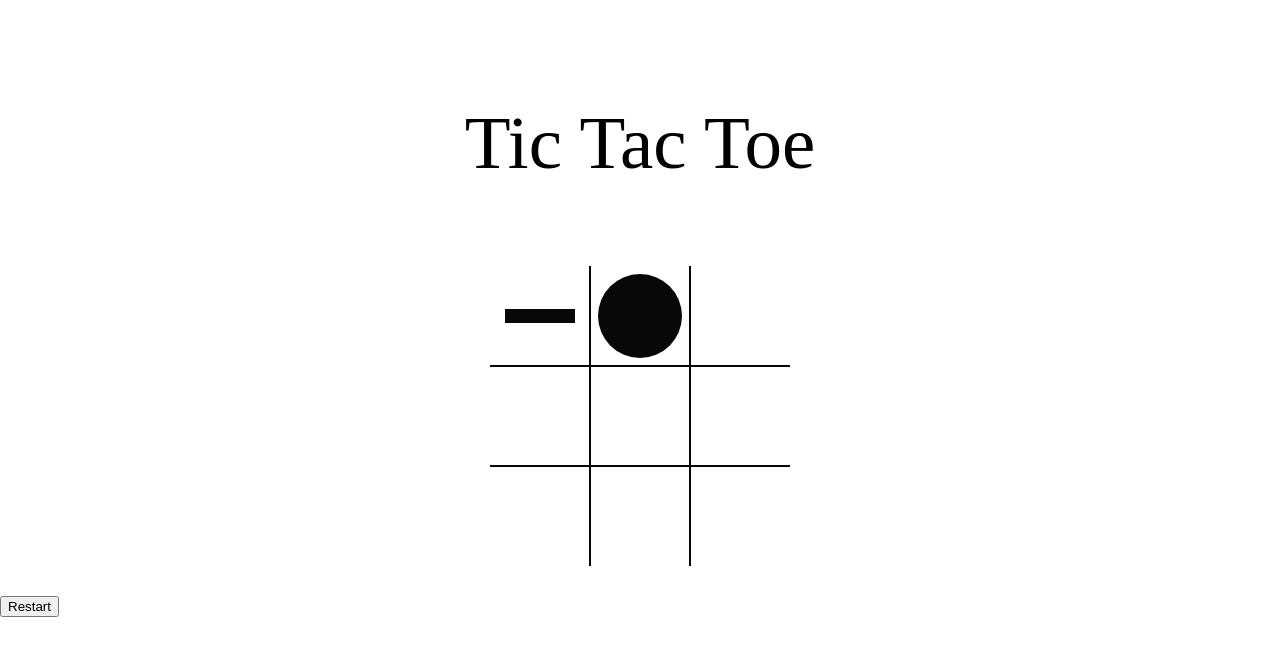
Repository: kkyler24/MCLA
Page: devFiles/TictactoeFiles/ticTacToe.html
These files come from the project's save history. The page is drawn as it stood at one moment and after the next save; the edit follows.
The browser window is 1280 px wide. The pictures show the whole page.
Some web libraries are served in a nearby version.

Above is the page before, as saved 2020-04-22 22:04:08.

After the next save:
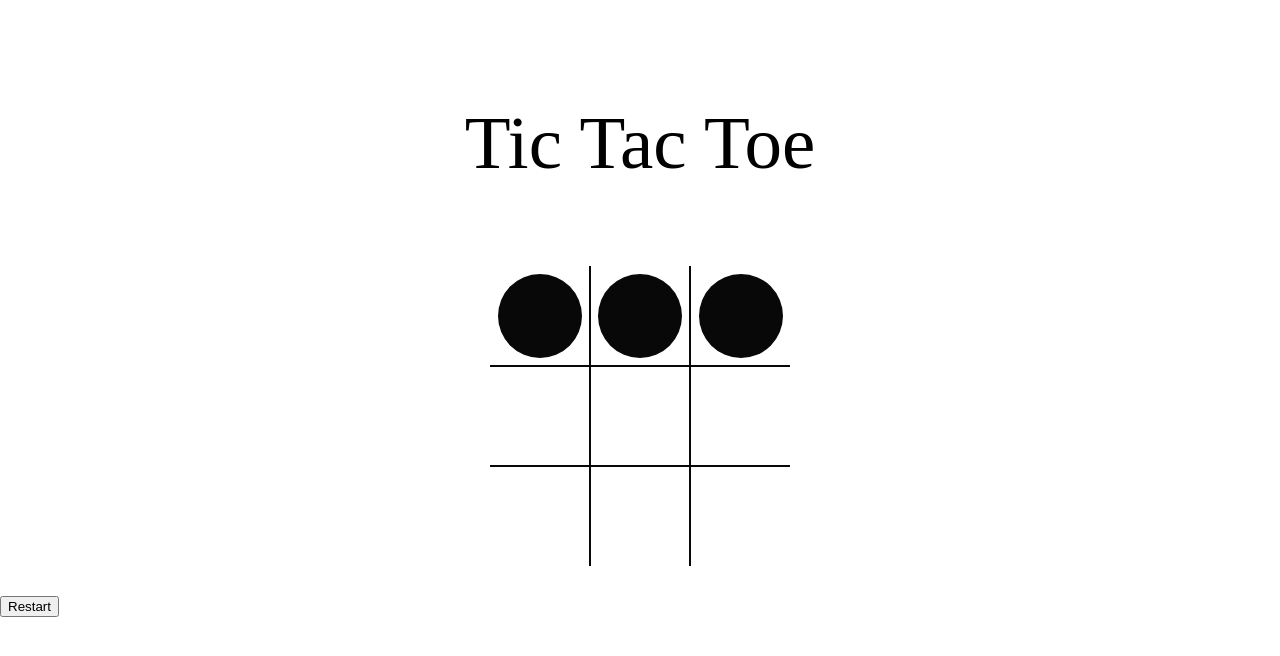
Saved 20 min 59 s later.
--- a/devFiles/TictactoeFiles/ticTacToe.html
+++ b/devFiles/TictactoeFiles/ticTacToe.html
@@ -28,9 +28,9 @@
     <sectionTwo>
         <h1>Tic Tac Toe</h1>
         <div class="BoardOne" id="BoardOne">
-            <div class="cellBOne dash" data-cell></div>
             <div class="cellBOne circle" data-cell></div>
-            <div class="cellBOne" data-cell></div>
+            <div class="cellBOne circle" data-cell></div>
+            <div class="cellBOne  circle" data-cell></div>
             <div class="cellBOne" data-cell></div>
             <div class="cellBOne" data-cell></div>
             <div class="cellBOne" data-cell></div>
@@ -38,6 +38,7 @@
             <div class="cellBOne" data-cell></div>
             <div class="cellBOne" data-cell></div>
         </div>
+
         <div class="winning-message-One" id="winningMessageOne">
             <div class="data-winning-message-text-One"></div>
             <button id="restartButtonOne">Restart</button>
